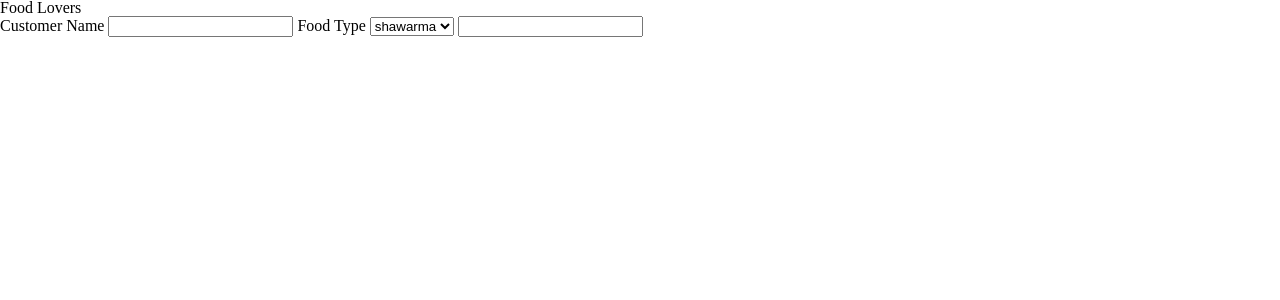
Repository: Razan-am/foodLovers
Page: index.html
These files come from the project's save history. The page is drawn as it stood at one moment and after the next save; the edit follows.
The browser window is 1280 px wide. The pictures show the whole page.

Above is the page before, as saved 2021-06-01 10:19:48.

After the next save:
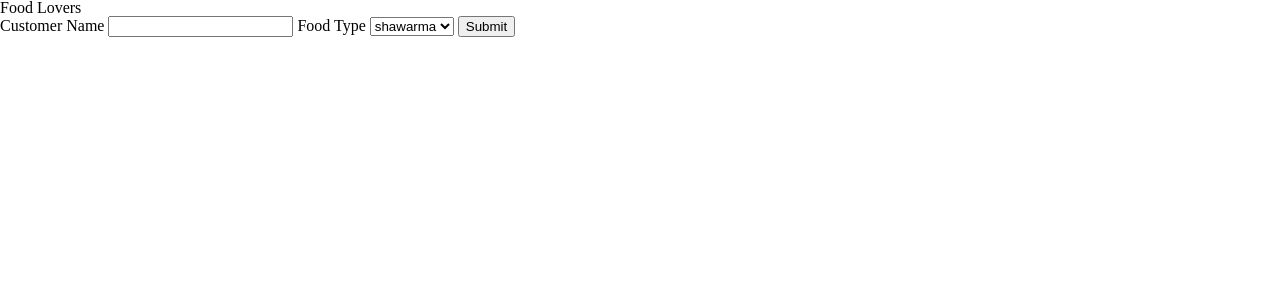
Saved 4 s later.
--- a/index.html
+++ b/index.html
@@ -23,7 +23,7 @@
                     <option value="pizza">pizza</option>
                     <option value="burger">burger</option>
                 </select>
-                <input type="text">
+                <input type="submit">
             </fieldset>
         </form>
     </main>
